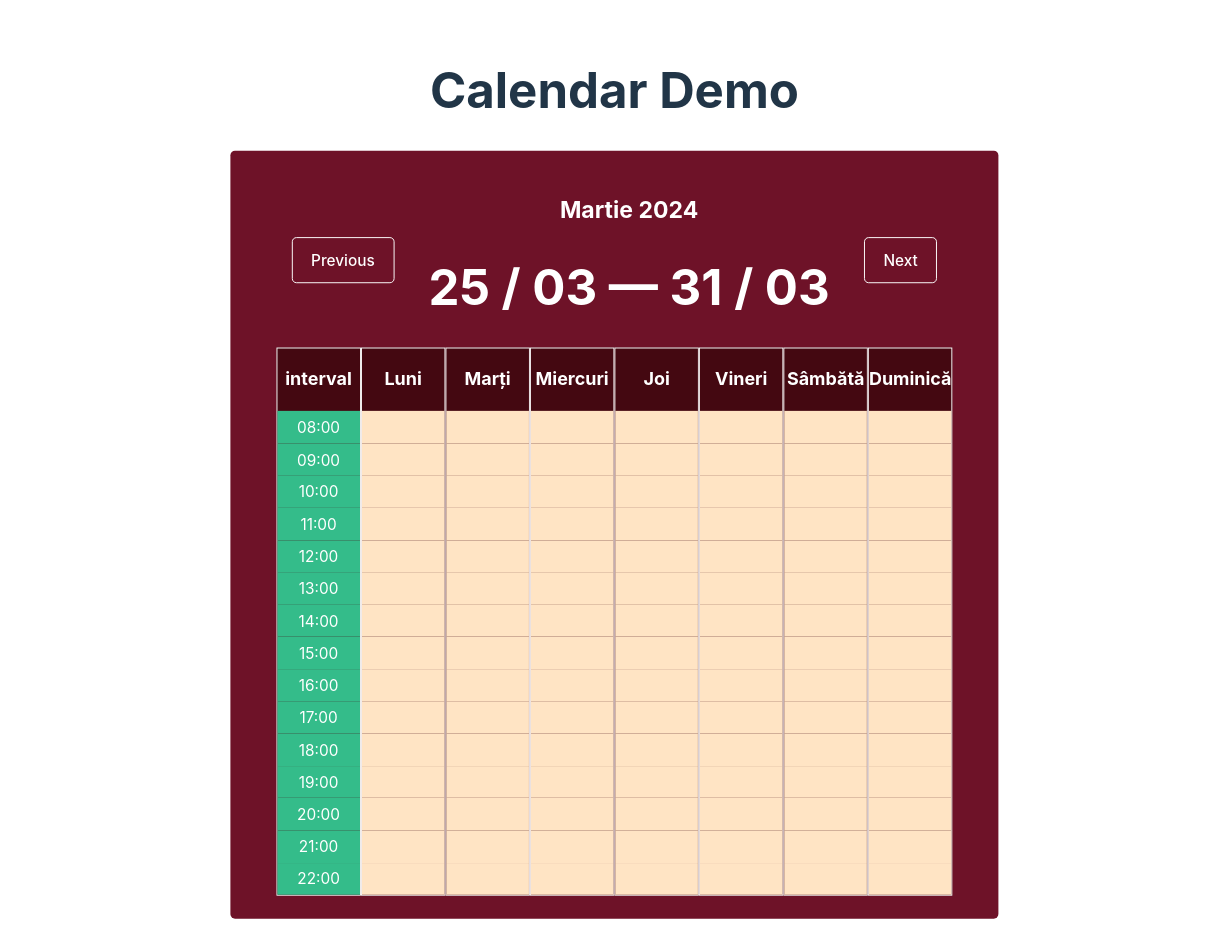
Repository: Maryie-B/weekly-calendar-scheduler
Page: /
An editor plug-in stored every save of this project. The page is shown before and after the next save, followed by the edit.
The browser window is 1280 px wide. The pictures show the whole page, at 96% of full size.
The project was rebuilt for these pictures with package versions that can differ from the ones it lists, and the page was loaded fresh each time. Also part of the build but not shown: vite.config.js.

Above is the page before, as saved 2024-03-26 16:20:24.

After the next save:
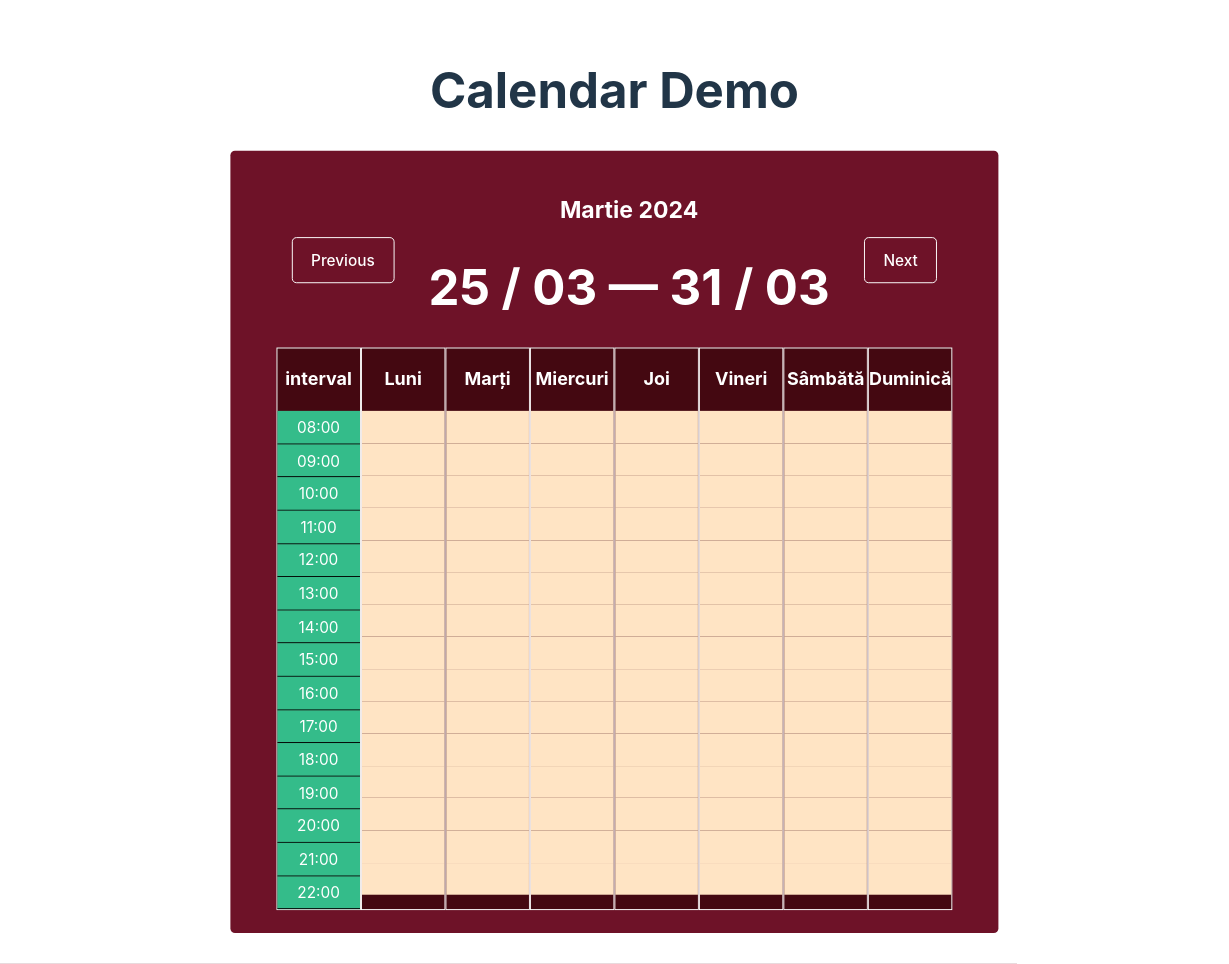
Saved 34 s later.
--- a/src/App.css
+++ b/src/App.css
@@ -53,8 +53,7 @@
 .hour-intervals {
   background-color: rgb(52, 188, 138);
   padding: 0.3rem;
-  border-bottom: 0.1rem;
-  border-color: black;
+  border-bottom: solid black 1px;
 }
 
 .hour-intervals-empty {
